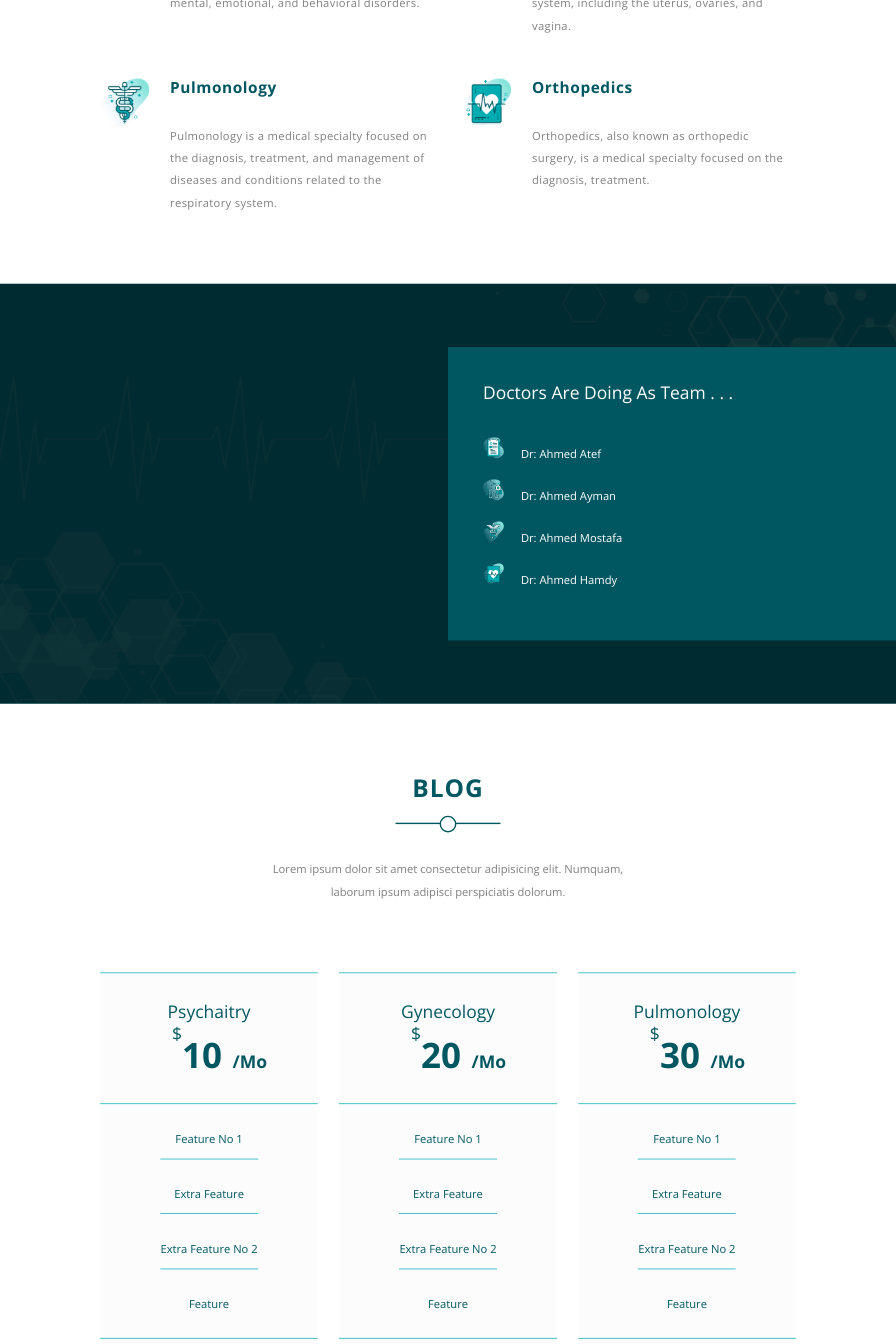
Repository: Ahmed123rezk123/Clinic
Page: index.html
An editor plug-in stored every save of this project. The page is shown before and after the next save, followed by the edit.
The browser window is 1280 px wide. The pictures show the part of the page from y = 1246 to 3166 px (the page is 5835 px tall before and 5867 px after), at 70% of full size.
Some web fonts or font styles are not loaded; a fallback is used.

Above is the page before, as saved 2024-04-25 23:11:52.

After the next save:
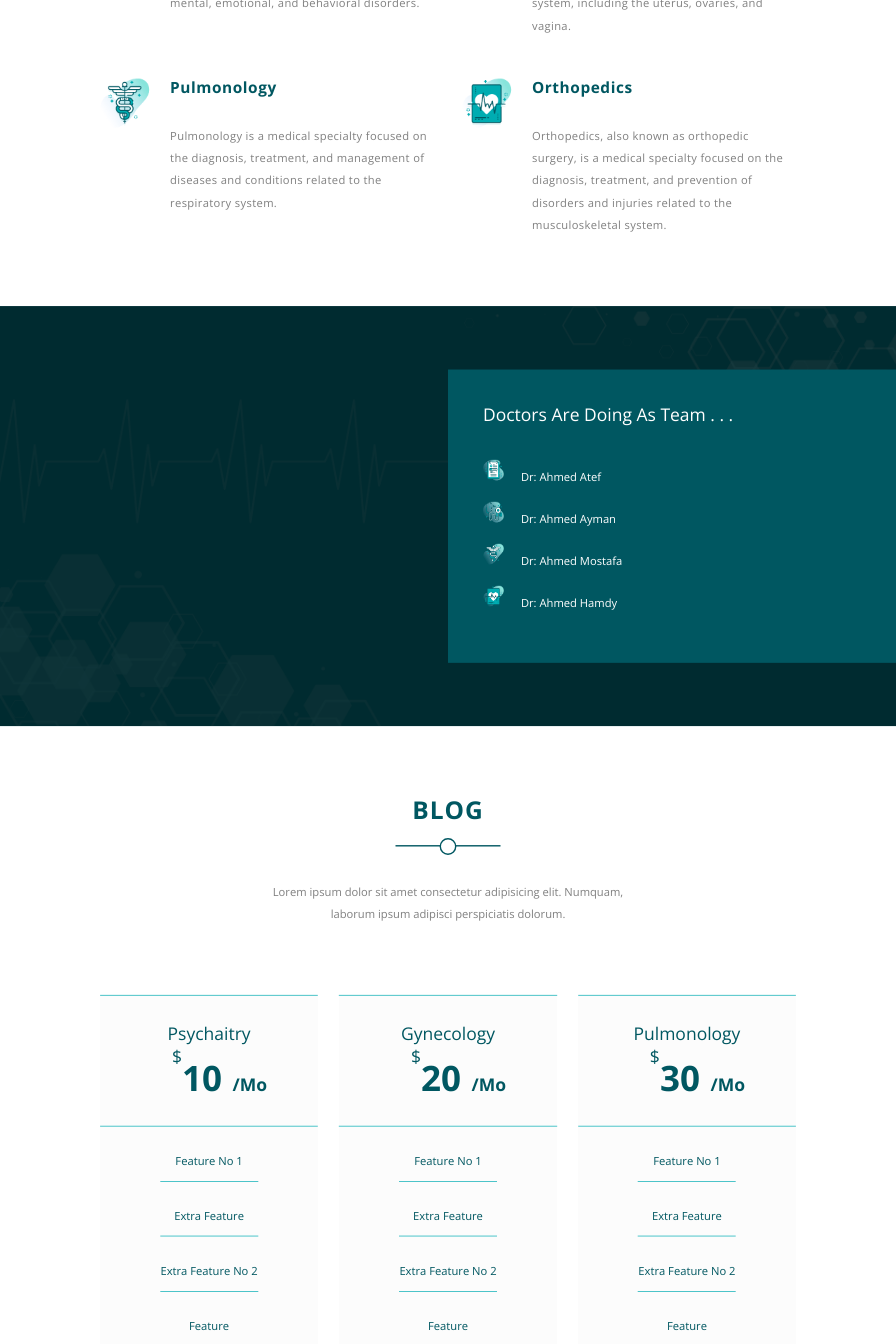
Saved 17 s later.
--- a/index.html
+++ b/index.html
@@ -112,7 +112,7 @@
               <h2>Orthopedics</h2>
               <p>
 
-Orthopedics, also known as orthopedic surgery, is a medical specialty focused on the diagnosis, treatment.
+Orthopedics, also known as orthopedic surgery, is a medical specialty focused on the diagnosis, treatment, and prevention of disorders and injuries related to the musculoskeletal system.
               </p>
             </div>
           </div>

After the 5 saves that followed:
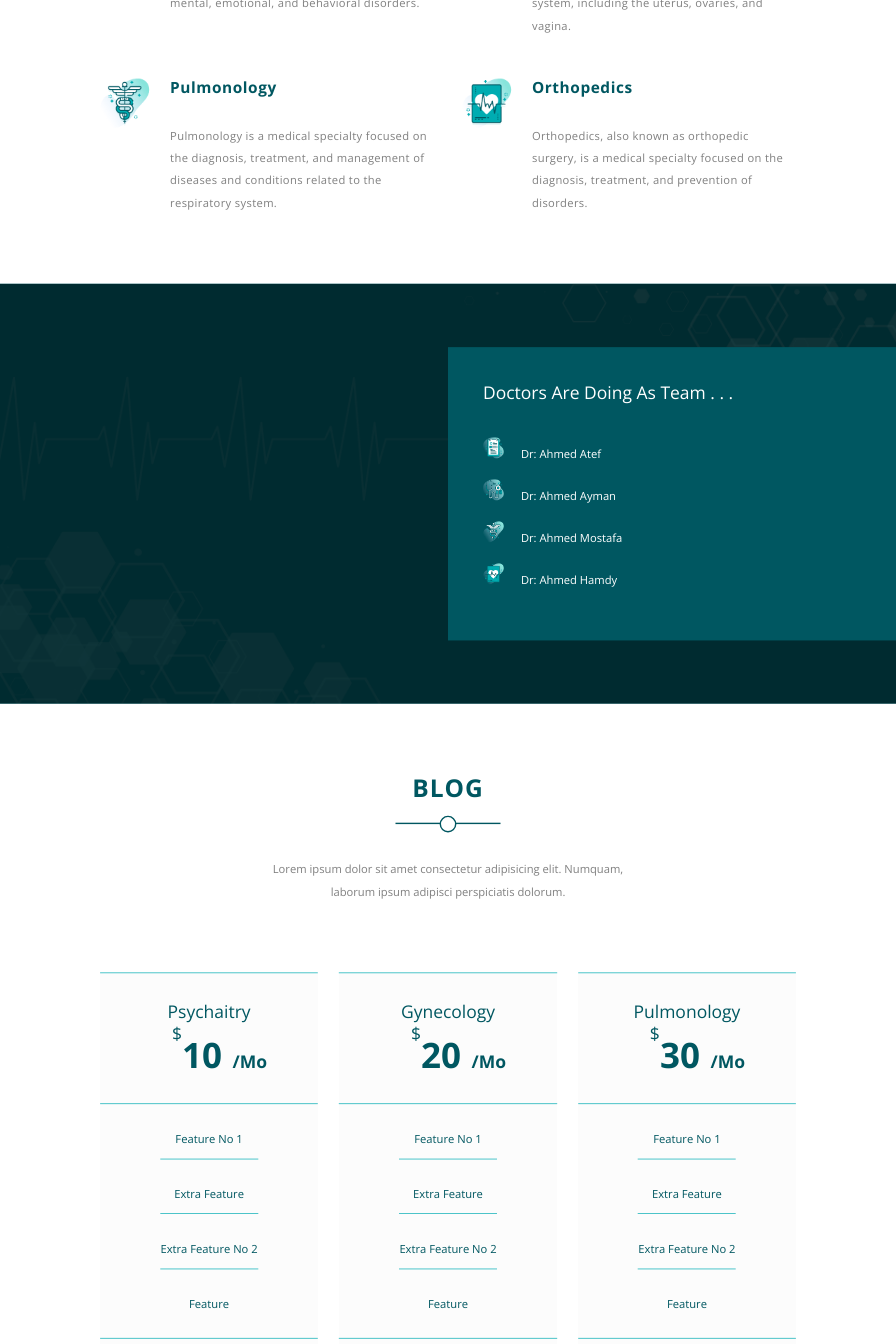
The 5 saves are shown as one change because 4 left the picture as it was.
The last was saved 47 s later.
--- a/index.html
+++ b/index.html
@@ -52,11 +52,13 @@
               We get will soon
             </h2>
             <p>
-              The new Doclab Hydro Renewal Ampoule is the latest K-Beauty secret of skin renewal and revitalization invention that is used by dermatologists.
+              The new Doclab Hydro Renewal Ampoule is the latest K-Beauty secret
+              of skin renewal and revitalization invention that is used by
+              dermatologists.
             </p>
           </div>
         </div>
-       <img class="img-doctor" src="images/hero-banner.png" alt="">
+        <img class="img-doctor" src="images/hero-banner.png" alt="" />
       </div>
       <i class="fas fa-angle-left icon1 fa-2x"></i>
       <i class="fas fa-angle-right icon2 fa-2x"></i>
@@ -73,46 +75,52 @@
         <div class="main-content">
           <h2>Services</h2>
           <p>
-            The new Doclab Hydro Renewal Ampoule is the latest K-Beauty secret of skin renewal and revitalization.
+            The new Doclab Hydro Renewal Ampoule is the latest K-Beauty secret
+            of skin renewal and revitalization.
           </p>
         </div>
         <div class="services-content">
           <div class="div-content">
-            <img src="images/icon-1.png" alt="">
+            <img src="images/icon-1.png" alt="" />
             <div class="text">
               <h2>Psychaitry</h2>
               <p>
-
-Psychiatry is a branch of medicine that focuses on the diagnosis, treatment, and prevention of mental, emotional, and behavioral disorders.
+                Psychiatry is a branch of medicine that focuses on the
+                diagnosis, treatment, and prevention of mental, emotional, and
+                behavioral disorders.
               </p>
             </div>
           </div>
           <div class="div-content">
-            <img src="images/icon-2.png" alt="">
+            <img src="images/icon-2.png" alt="" />
             <div class="text">
               <h2>Gynecology</h2>
               <p>
-
-Gynecology is a branch of medicine that deals with the health of the female reproductive system, including the uterus, ovaries, and vagina.
+                Gynecology is a branch of medicine that deals with the health of
+                the female reproductive system, including the uterus, ovaries,
+                and vagina.
               </p>
             </div>
           </div>
           <div class="div-content">
-            <img src="images/icon-3.png" alt="">
+            <img src="images/icon-3.png" alt="" />
             <div class="text">
               <h2>Pulmonology</h2>
               <p>
-                Pulmonology is a medical specialty focused on the diagnosis, treatment, and management of diseases and conditions related to the respiratory system.
+                Pulmonology is a medical specialty focused on the diagnosis,
+                treatment, and management of diseases and conditions related to
+                the respiratory system.
               </p>
             </div>
           </div>
           <div class="div-content">
-            <img src="images/icon-4.png" alt="">
+            <img src="images/icon-4.png" alt="" />
             <div class="text">
               <h2>Orthopedics</h2>
               <p>
-
-Orthopedics, also known as orthopedic surgery, is a medical specialty focused on the diagnosis, treatment, and prevention of disorders and injuries related to the musculoskeletal system.
+                Orthopedics, also known as orthopedic surgery, is a medical
+                specialty focused on the diagnosis, treatment, and prevention of
+                disorders.
               </p>
             </div>
           </div>
@@ -131,19 +139,19 @@
             <h2>Doctors Are Doing As Team . . .</h2>
             <div class="div-icon">
               <div class="div-content">
-                <img src="images/icon-1.png" alt="">
+                <img src="images/icon-1.png" alt="" />
                 <span>Dr: Ahmed Atef</span>
               </div>
               <div class="div-content">
-                <img src="images/icon-2.png" alt="">
+                <img src="images/icon-2.png" alt="" />
                 <span>Dr: Ahmed Ayman</span>
               </div>
               <div class="div-content">
-                <img src="images/icon-3.png" alt="">
+                <img src="images/icon-3.png" alt="" />
                 <span>Dr: Ahmed Mostafa</span>
               </div>
               <div class="div-content">
-                <img src="images/icon-4.png" alt="">
+                <img src="images/icon-4.png" alt="" />
                 <span>Dr: Ahmed Hamdy</span>
               </div>
             </div>
